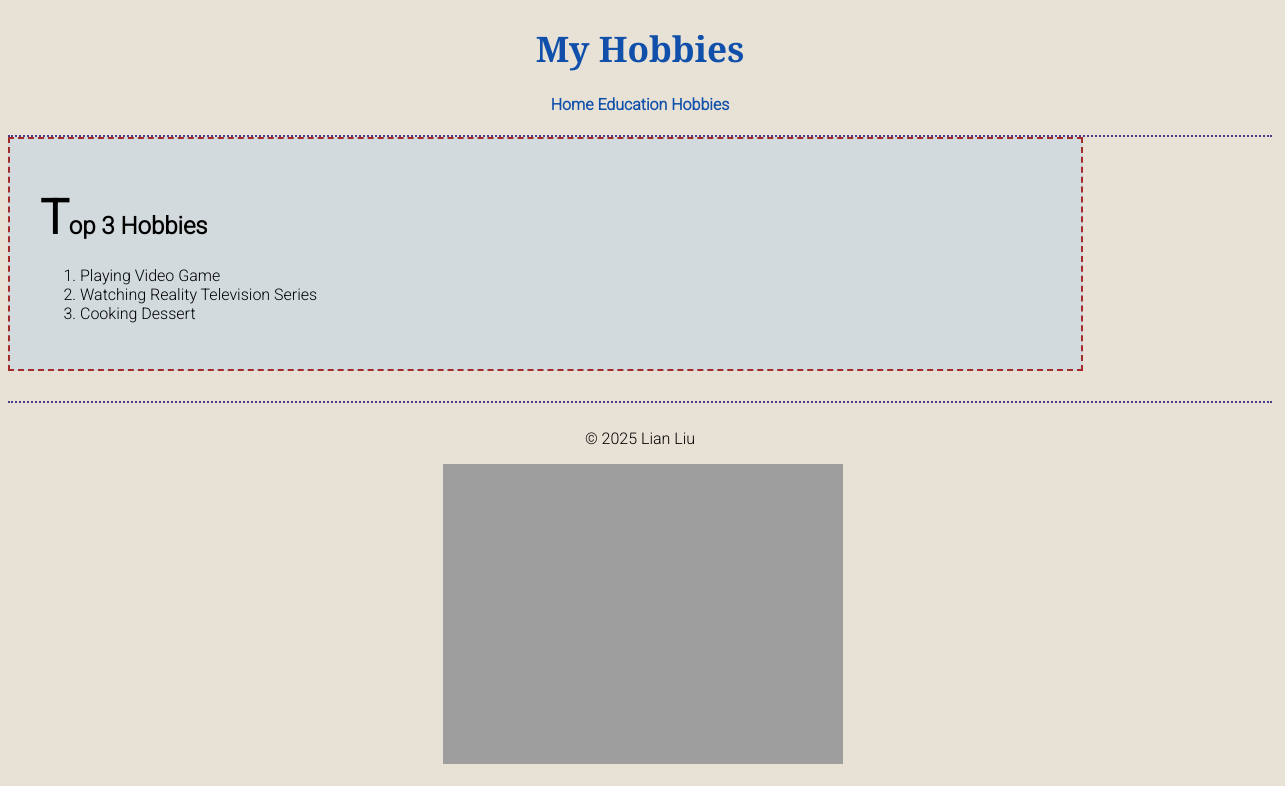
Repository: liulian26/CS5610
Page: assignment-1-liulian26/pages/hobbies.html
The author's editor kept a copy of each file at every save. The page is drawn from the files as they stood at one save, then again after the next save.
The browser window is 1280 px wide. The page is 1280 px wide, then 1285 px, so the pictures cover 1285 px, including what lies to the right of the window. The pictures show the whole page.
Pictures or frames that could not be fetched are drawn as grey boxes.

Above is the page before, as saved 2025-02-01 00:42:36.

### assignment-1-liulian26/pages/hobbies.html
<!DOCTYPE html>
<html lang="en">
<head>
    <meta charset="UTF-8">
    <meta name="viewport" content="width=device-width, initial-scale=1.0">
    <title>Hobbies - My Portfolio</title>
    <link rel="stylesheet" href="../css/styles.css">
    <link rel="icon" href="../images/favicon.ico" type="image/x-icon">
</head>
<body>
    <header>
        <h1>My Hobbies</h1>
        <nav>
            <ul>
                <li><a href="../index.html">Home</a></li>
                <li><a href="education.html">Education</a></li>
                <li><a href="hobbies.html">Hobbies</a></li>
            </ul>
        </nav>
    </header>

    <main>
        <section>
            <h2>Top 3 Hobbies</h2>
            <ol>
                <li>Playing Video Game</li>
                <li>Watching Reality Television Series</li>
                <li>Cooking Dessert</li>
            </ol>
        </section>

    </main>

    <footer>
        <p>&copy; 2025 Lian Liu</p>
        <a href="https://github.com/liulian26" target="_blank">
            <i class="fab fa-github"></i>
        </a>
        <a href="mailto:liu.lian1@northeastern.edu">
            <i class="fas fa-envelope"></i>
        </a>
    </footer>
</body>
</html>

### assignment-1-liulian26/css/styles.css
@import url('https://fonts.googleapis.com/css2?family=Roboto:wght@300&display=swap');

header {
    text-align: center;
    border-bottom: 2px dotted darkslateblue;
    padding-bottom: 5px;

}

#role {
    font-weight: bold;
}

h1 {
    color: #1050aa;
    font-family: Georgia, 'Times New Roman', Times, serif;
    font-size: 2.2em;
}

nav ul {
    list-style-type: none;
    padding: 0;
    text-align: center;
}

nav ul li {
    display: inline;
    margin-right: 0 20px;
}

nav ul li a {
    text-decoration: none;
    color: #1050aa;
    font-weight: bold;
}

nav ul li a:hover {
    color: crimson;
}

main {
    width: 80%;
    margin: 20 auto;
}

section {
    border: 2px dashed brown;
    padding: 30px;
    margin-bottom: 30px;
    background-color: rgba(126, 191, 251, 0.2);
    width: 100%;
}

body {
    background-color: rgb(231, 225, 214);
    font-family: 'Roboto', sans-serif;
}

h2::first-letter {
    font-size: 3rem;
}

img {
    max-width: 26%;
    height: auto;
    display: block;
    margin: 10px auto;
}

figure {
    text-align: center;
}

figcaption {
    font-style: italic;
    color: goldenrod;
}

footer {
    text-align: center;
    padding: 10px;
    border-top: 2px dotted darkslateblue;
}

.projects {
    border: 2px dashed brown;
    margin: 10px 0;
}

a[href*="github"]:hover {
    color: crimson;
}

a[href*="github"]::after {
    content: url(../images/GitHub-Mark-32px.png);
    margin-left: 5px;
    vertical-align: middle;
}


header a:visited {
    color: rgb(237, 122, 127);
}

After the next save:
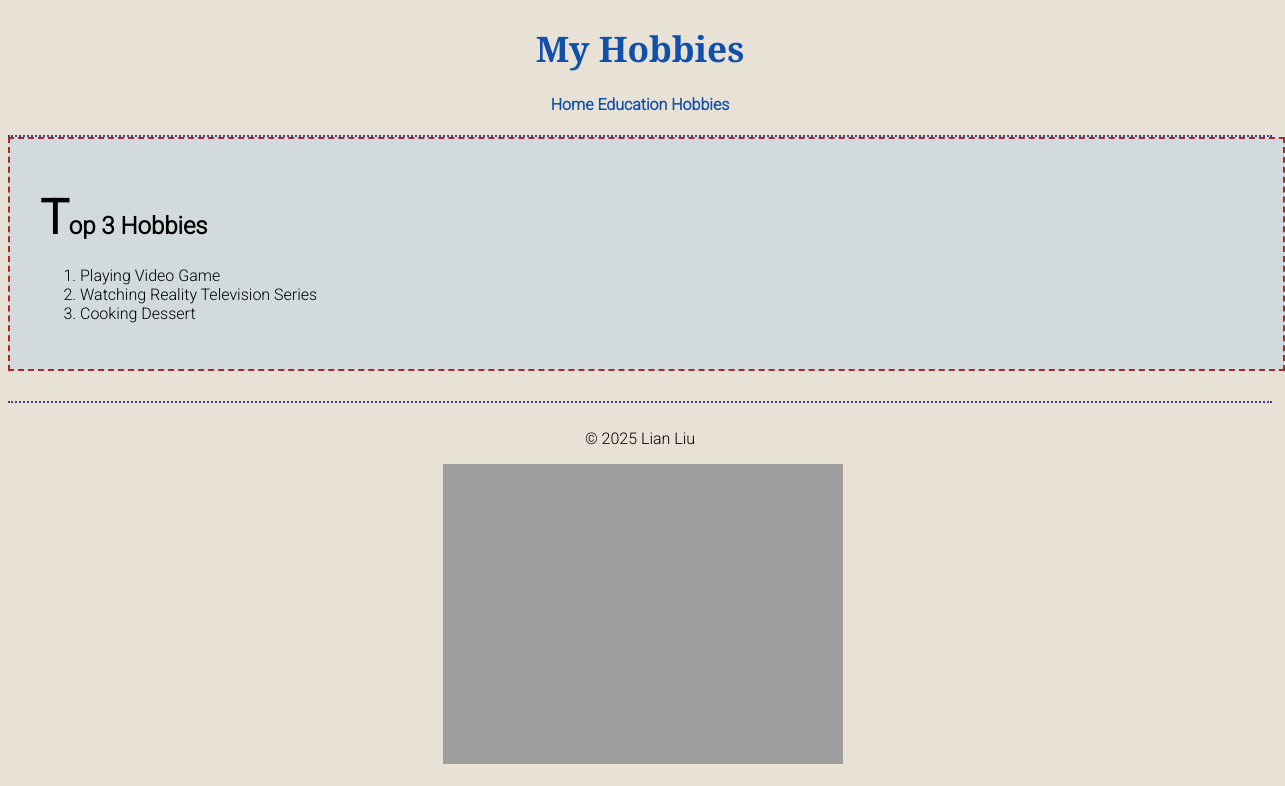
Saved 8 s later.
--- a/assignment-1-liulian26/css/styles.css
+++ b/assignment-1-liulian26/css/styles.css
@@ -48,7 +48,7 @@ section {
     padding: 30px;
     margin-bottom: 30px;
     background-color: rgba(126, 191, 251, 0.2);
-    width: 100%;
+    width: 120%;
 }
 
 body {
